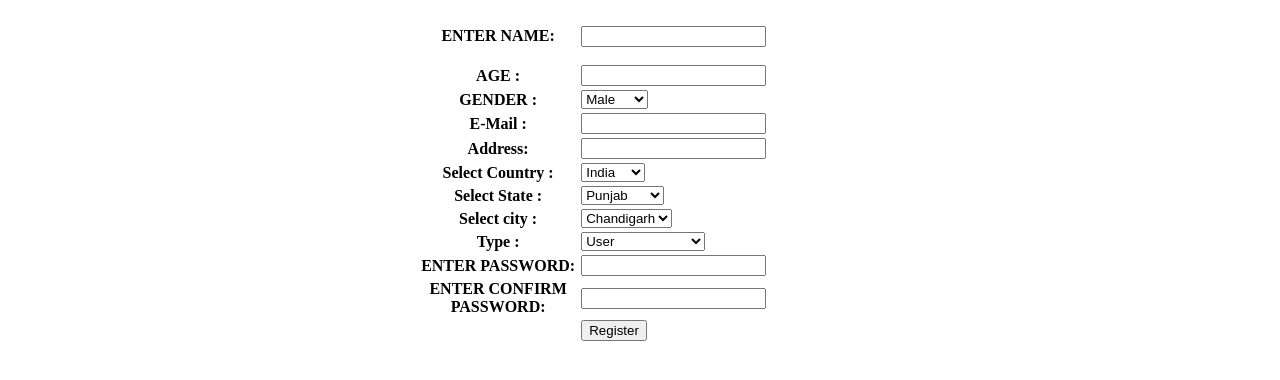
Repository: ishaan001/Smart-Tourist-App
Page: SmartTouristApp/WebContent/Register_smartApp.html
An editor plug-in stored every save of this project. The page is shown before and after the next save, followed by the edit.
The browser window is 1280 px wide. The pictures show the whole page.

Above is the page before, as saved 2017-09-23 03:34:22.

### SmartTouristApp/WebContent/Register_smartApp.html
<!DOCTYPE html PUBLIC "-//W3C//DTD HTML 4.01 Transitional//EN" "http://www.w3.org/TR/html4/loose.dtd">
<html>
<head>
<meta http-equiv="Content-Type" content="text/html; charset=ISO-8859-1">
<title>Insert title here</title>
</head>
<body>
<script>
function validateform()
{
	var name=document.f2.uname.value;
	var password=document.f2.pass.value;
	var cpass=document.f2.cpass.value;

	if (name==null || name=="")
	{
  		alert("Name can't be blank");
  		return false;
  	}
  	else if(password.length<6)
  	{
  		alert("Password must be at least 6 characters long.");
  		return false;
  	}
  	else if(password != cpass)
  	{
  		alert("Password must be equal to confrim password");
  		return false;
  	}
}


</script>
<center>
<form name="f2" method="post" action="Create.jsp" onSubmit="return validateform()" >
  <table width="448" border="0">
    <tr>
    <th width="118" scope="row"><p>ENTER NAME:</p></th>
    <td width="209"><input type=text name="uname" required></td>
  </tr>
  <tr>
    <th scope="row">AGE :</th>
    <td><input type=text name="uage" required></td>
  </tr>
  <tr>
    <th scope="row">GENDER :</th>
    <td><select name="d1" size=1>
      <option value="male">Male</option>
      <option value="female">Female</option>
    </select></td>
  </tr>
  <tr>
    <th scope="row">E-Mail :</th>
    <td><input type="text" name="email"></td>
  </tr>
  <tr>
    <th scope="row">Address:</th>
    <td><input type="text" name="addr"></td>
  </tr>
  <tr>
    <th scope="row">Select Country :</th>
    <td><select name="d2" size=1>
      <option value="India">India</option>
      <option value="Usa">Usa</option>
      <option value="France">France</option>
    </select></td>
  </tr>
  <tr>
    <th scope="row">Select State :</th>
    <td><select name="d3" size=1>
      <option value="Punjab">Punjab</option>
      <option value="Rajasthan">Rajasthan</option>
      <option value="Haryana">Haryana</option>
    </select></td>
  </tr>
  <tr>
    <th scope="row">Select city :</th>
    <td><select name="d4" size=1>
      <option value="chd">Chandigarh</option>
      <option value="mumbai">mumbai</option>
      <option value="amb">ambala</option>
    </select></td>
  </tr>
  <tr>
    <th scope="row">Type :</th>
    <td><select name="d5" size=1>
      <option value="user">User</option>
      <option value="BP">Business Partner</option>
    </select></td>
  </tr>
  <tr>
    <th scope="row">ENTER PASSWORD:</th>
    <td><input type="password" name="pass" required></td>
  </tr>
  <tr>
    <th scope="row">ENTER CONFIRM PASSWORD:</th>
    <td><input type="password" name="cpass" required></td>
  </tr>
  <tr>
    <th scope="row"><br></th>
    <td><input type=submit value="Register"></td>
  </tr>
</table>
  <br>
</form>
</center>
</body>
</html>

After the next save:
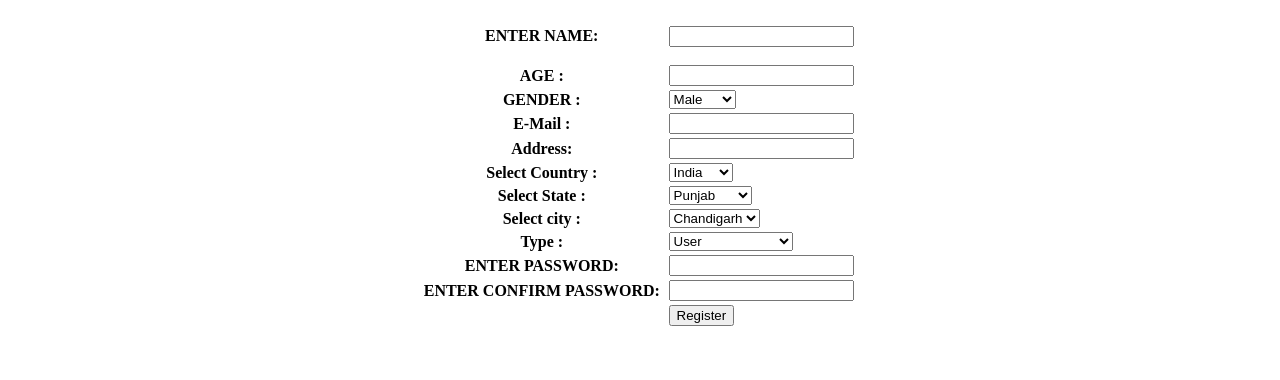
Saved 105 s later.
--- a/SmartTouristApp/WebContent/Register_smartApp.html
+++ b/SmartTouristApp/WebContent/Register_smartApp.html
@@ -35,8 +35,8 @@ function validateform()
 <form name="f2" method="post" action="Create.jsp" onSubmit="return validateform()" >
   <table width="448" border="0">
     <tr>
-    <th width="118" scope="row"><p>ENTER NAME:</p></th>
-    <td width="209"><input type=text name="uname" required></td>
+    <th scope="row"><p>ENTER NAME:</p></th>
+    <td><input type=text name="uname" required></td>
   </tr>
   <tr>
     <th scope="row">AGE :</th>
